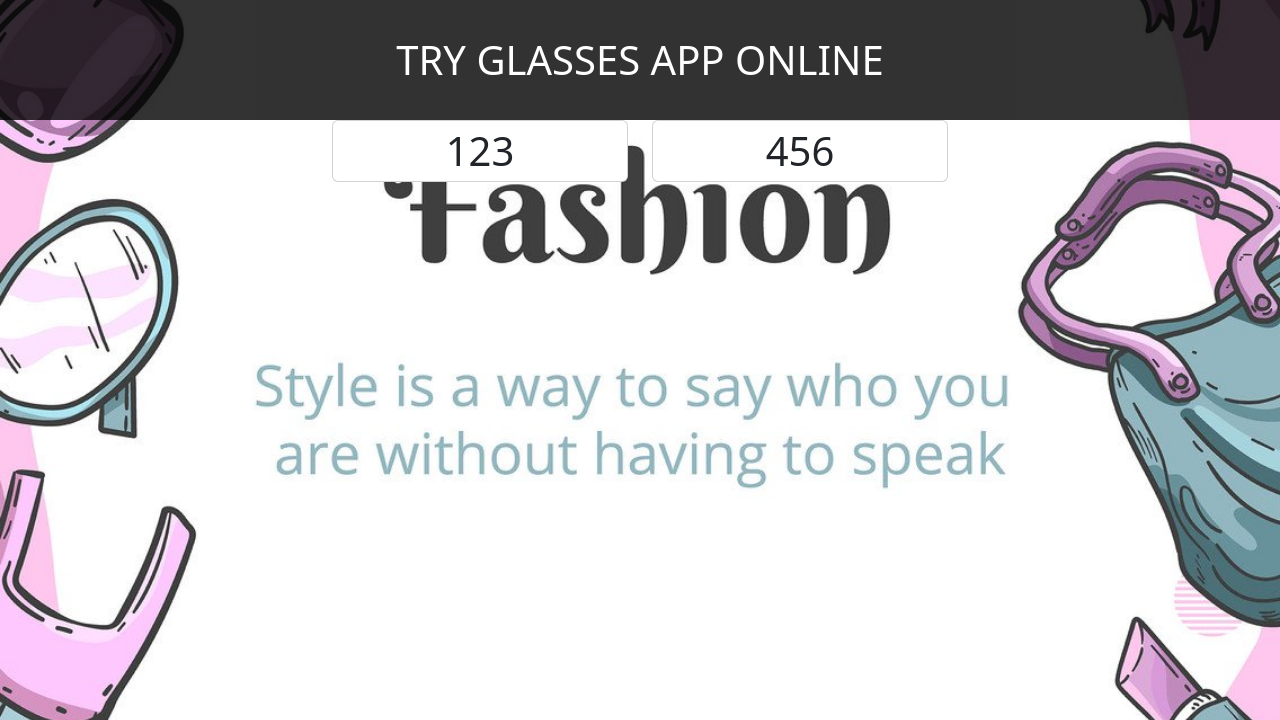
Repository: akira17518/React_JS_Glasses
Page: /
These files come from the project's save history. The page is drawn as it stood at one moment and after the next save; the edit follows.
The browser window is 1280 px wide. The pictures show the whole page.
The project was rebuilt for these pictures with package versions that can differ from the ones it lists, and the page was loaded fresh each time.

Above is the page before, as saved 2023-05-10 10:16:27.

### public/index.html
<!DOCTYPE html>
<html lang="en">

<head>
  <meta charset="utf-8" />
  <link rel="icon" href="%PUBLIC_URL%/favicon.ico" />
  <meta name="viewport" content="width=device-width, initial-scale=1" />
  <meta name="theme-color" content="#000000" />
  <meta name="description" content="Web site created using create-react-app" />
  <link rel="apple-touch-icon" href="%PUBLIC_URL%/logo192.png" />
  <!--
      manifest.json provides metadata used when your web app is installed on a
      user's mobile device or desktop. See https://developers.google.com/web/fundamentals/web-app-manifest/
    -->
  <link rel="manifest" href="%PUBLIC_URL%/manifest.json" />
  <link href="https://cdn.jsdelivr.net/npm/bootstrap@5.3.0-alpha3/dist/css/bootstrap.min.css" rel="stylesheet"
    integrity="sha384-KK94CHFLLe+nY2dmCWGMq91rCGa5gtU4mk92HdvYe+M/SXH301p5ILy+dN9+nJOZ" crossorigin="anonymous">
  <!--
      Notice the use of %PUBLIC_URL% in the tags above.
      It will be replaced with the URL of the `public` folder during the build.
      Only files inside the `public` folder can be referenced from the HTML.

      Unlike "/favicon.ico" or "favicon.ico", "%PUBLIC_URL%/favicon.ico" will
      work correctly both with client-side routing and a non-root public URL.
      Learn how to configure a non-root public URL by running `npm run build`.
    -->
  <title>React App</title>
</head>

<body class="">
  <noscript>You need to enable JavaScript to run this app.</noscript>
  <div id="root"></div>
  <!--
      This HTML file is a template.
      If you open it directly in the browser, you will see an empty page.

      You can add webfonts, meta tags, or analytics to this file.
      The build step will place the bundled scripts into the <body> tag.

      To begin the development, run `npm start` or `yarn start`.
      To create a production bundle, use `npm run build` or `yarn build`.
    -->
  <script src="https://cdn.jsdelivr.net/npm/bootstrap@5.3.0-alpha3/dist/js/bootstrap.bundle.min.js"
    integrity="sha384-ENjdO4Dr2bkBIFxQpeoTz1HIcje39Wm4jDKdf19U8gI4ddQ3GYNS7NTKfAdVQSZe"
    crossorigin="anonymous"></script>
</body>

</html>

### src/index.js
import React from 'react';
import ReactDOM from 'react-dom/client';
import App from './App';

const root = ReactDOM.createRoot(document.getElementById('root'));
root.render(
    <App></App>
);

### src/App.js
import React, { Component } from 'react'
import BaiTapSetState from './BTsetState/BaiTapSetState'
import appCSS from './assets/app.module.css'
export default class App extends Component {
    render() {
        return (
            <div className={`${appCSS.app} vh-100`}>
                <BaiTapSetState></BaiTapSetState>
            </div>
        )
    }
}

### src/BTsetState/BaiTapSetState.jsx
import React, { Component } from 'react'
import HeaderComponent from './HeaderComponent'
import Content from './Content'

export default class extends Component {
  render() {
    return (
      <div>
        <div>
          <HeaderComponent></HeaderComponent>
        </div>
        <div className='w-50 m-auto fs-1 text-center'>
          <Content></Content>
        </div>
      </div>
    )
  }
}

### src/assets/app.module.css
.app {
    background:  url(../../public/img/background.jpg);
    background-position: center;
    background-repeat: no-repeat;
    background-size: cover;
}

### src/BTsetState/HeaderComponent.jsx
import React, { Component } from 'react'
import headerStyle from '../assets/header.module.css'
export default class HeaderComponent extends Component {
    render() {
        return (
            <div className={`${headerStyle.header}`}>TRY GLASSES APP ONLINE</div>
        )
    }
}

### src/BTsetState/Content.jsx
import React, { Component } from 'react'

export default class Content extends Component {
  render() {
    return (
      <div className='container'>
        <div className="top-model">
          <div className="row">
            <div className="col-6">
              <div className='card-left card'>
                <img src="" alt="" />
                123
              </div>
            </div>
            <div className="col-6">
              <div className='card-right card'>
                <img src="" alt="" />
                456
              </div>
            </div>
          </div>
        </div>

      </div>
    )
  }
}

### src/assets/header.module.css
.header {
    background-color: black;
    opacity: 0.8;
    color: #fff;
    text-align: center;
    font-size: 40px;
    padding: 30px;
}

After the next save:
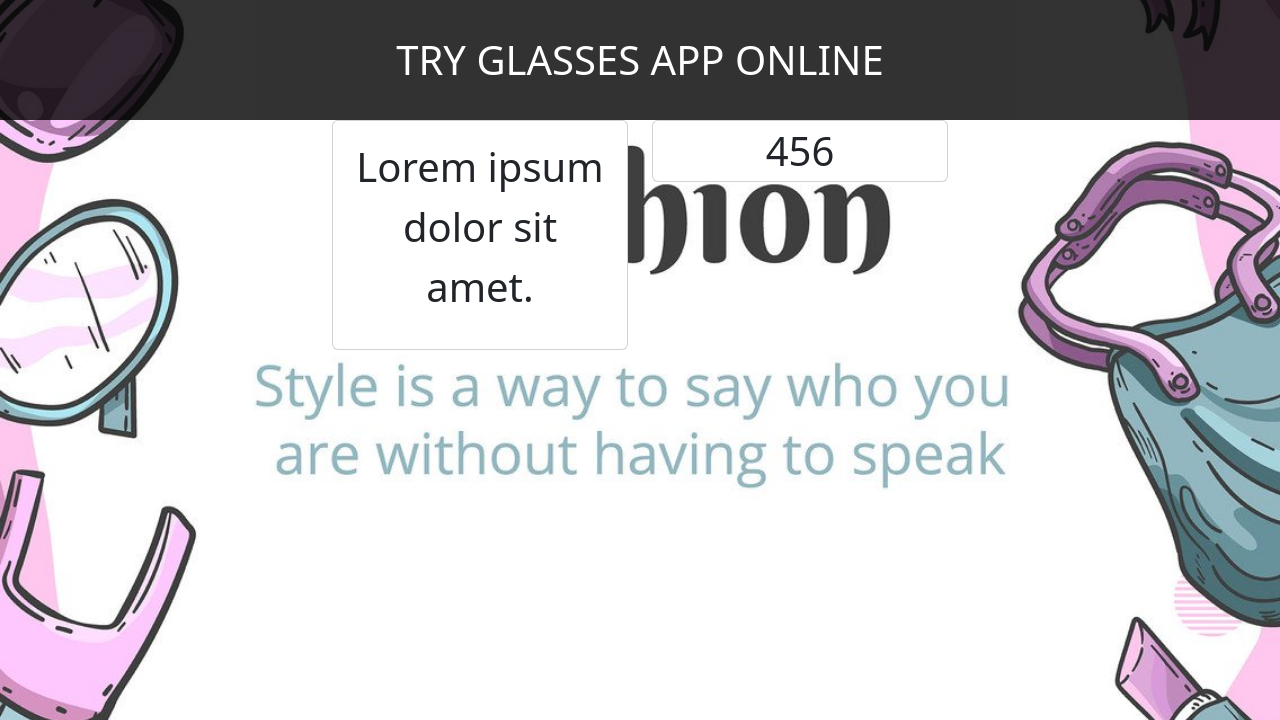
Saved 19 s later.
--- a/src/BTsetState/Content.jsx
+++ b/src/BTsetState/Content.jsx
@@ -9,7 +9,9 @@
             <div className="col-6">
               <div className='card-left card'>
                 <img src="" alt="" />
-                123
+                <div className="card-body">
+                  <p>Lorem ipsum dolor sit amet.</p>
+                </div>
               </div>
             </div>
             <div className="col-6">
